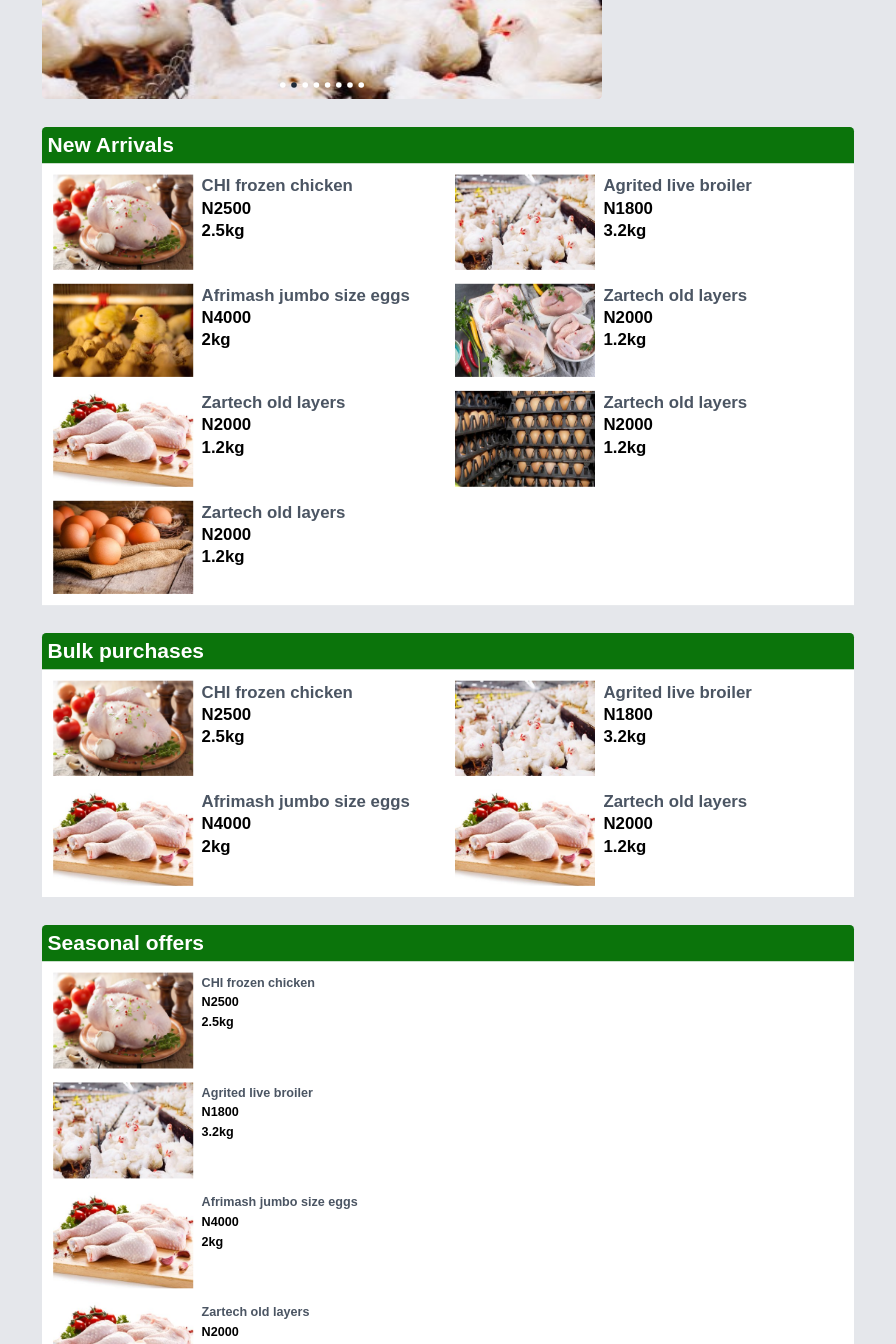
Repository: IssaMuiz/ifarmstock
Page: /
An editor plug-in stored every save of this project. The page is shown before and after the next save, followed by the edit.
The browser window is 1280 px wide. The pictures show the part of the page from y = 338 to 2258 px (the page is 2351 px tall before and 2820 px after), at 70% of full size.
The project was rebuilt for these pictures with package versions that can differ from the ones it lists, and the page was loaded fresh each time. The framework's server and built-in components were replaced by stand-ins that run in the browser. Also part of the build but not shown: next.config.mjs.

Above is the page before, as saved 2024-08-31 05:47:31.

### app/layout.tsx
import "@/styles/globals.css";

export const metadata = {
  title: "Grow",
  description: "Livestock farming e-commerce application",
};

export default function RootLayout({
  children,
}: {
  children: React.ReactNode;
}) {
  return (
    <html lang="en">
      <body className="bg-gray-200 h-screen w-auto mx-10">
        <section>{children}</section>
      </body>
    </html>
  );
}

### app/page.tsx
"use client";

import ProductSlider from "@/components/productSlider";
import ClientLayout from "@/components/clientLayout";
import NewArrivalsCards from "@/components/newArrivalsCards";
import BulkPurchasesCards from "@/components/bulkPurchasesCards";
import SeasonalCards from "@/components/seasonalCards";

const Home = () => {
  return (
    <ClientLayout>
      <div className="pt-20 mx-5">
        <div>
          <ProductSlider />

          <div className="bgColor text w-full h-auto mt-10 text-3xl p-2 rounded-t-md font-semibold">
            New Arrivals
          </div>
          <NewArrivalsCards />
          <div className="bgColor text w-full h-auto mt-10 text-3xl p-2 rounded-t-md font-semibold">
            Bulk purchases
          </div>
          <BulkPurchasesCards />
          <div className="bgColor text w-full h-auto mt-10 text-3xl p-2 rounded-t-md font-semibold">
            Seasonal offers
          </div>
          <SeasonalCards />
        </div>
      </div>
    </ClientLayout>
  );
};

export default Home;

### styles/globals.css
@tailwind base;
@tailwind components;
@tailwind utilities;

.scrollbar {
  scrollbar-width: thin;
  scrollbar-color: gray #313131;
}

.bgColor {
  background-color: rgb(11, 116, 11);
}

.text {
  color: white;
}

body {
  font-family: Arial, Helvetica, sans-serif;
  font-size: 14px;
}

### components/productSlider.tsx
"use client";
import Image from "next/image";
import { useEffect, useState } from "react";

const ProductSlider = () => {
  const images = [
    "/assets/images/poultry-image1-slider.jpg",
    "/assets/images/poultry-image2-slider.jpg",
    "/assets/images/poultry-image3-slider.jpg",
    "/assets/images/poultry-image4-slider.jpg",
    "/assets/images/poultry-image5-slider.jpg",
    "/assets/images/poultry-image6-slider.jpg",
    "/assets/images/poultry-image7-slider.jpg",
    "/assets/images/catfish-image1-slider.jpg",
  ];

  const [index, setIndex] = useState(0);

  const handleSliceNext = () => {
    setIndex((index + 1) % images.length);
  };
  const handleSlicePrev = () => {
    setIndex((index - 1) % images.length);
  };

  const handleIndicatorClick = (i: number) => {
    setIndex(i);
  };

  useEffect(() => {
    const intervalId = setInterval(() => {
      handleSliceNext();
    }, 5000);
    return () => clearInterval(intervalId);
  }, [index]);
  return (
    <div className="relative w-[800px] overflow-hidden">
      <div
        className="flex transition-transform duration-500 ease-in-out"
        style={{ transform: `translateX(-${index * 100}%)` }}
      >
        {images.map((image, i) => (
          <div key={i} className="min-w-full">
            <Image
              className="h-[400px] rounded-md"
              src={image}
              alt={`Slide ${i + 1}`}
              width={800}
              height={200}
            />
          </div>
        ))}
      </div>
      <button
        type="button"
        onClick={handleSlicePrev}
        className="absolute left-0 top-1/2 tranform -translate-y-1/2 bg-gray-500 text-white px-1 py-1 opacity-75 hover:opacity-100 transition-opacity"
      >
        <Image
          className=""
          src="/assets/icons/arrow-left.png"
          alt="arrow-right-icon"
          width={20}
          height={20}
        />
      </button>
      <button
        type="button"
        onClick={handleSliceNext}
        className="absolute right-0 top-1/2 tranform -translate-y-1/2 bg-gray-500 text-white px-1 py-1 opacity-75 hover:opacity-100 transition-opacity"
      >
        <Image
          className=""
          src="/assets/icons/right-arrow.png"
          alt="arrow-right-icon"
          width={20}
          height={20}
        />
      </button>
      <div className="absolute bottom-4 left-0 right-0 flex justify-center space-x-2">
        {images.map((_, i) => (
          <button
            key={i}
            onClick={() => handleIndicatorClick(i)}
            className={`w-2 h-2 rounded-full ${
              index === i ? "bg-gray-800" : "bg-white"
            }`}
          />
        ))}
      </div>
    </div>
  );
};

export default ProductSlider;

### components/clientLayout.tsx
"use client";
import Navbar from "@/components/navbar";
import Sidenav from "@/components/sidenav";
import { useState, createContext } from "react";

export const SidebarContext = createContext({
  isOpen: false,
  toggleSidebar: () => {},
});

const ClientLayout = ({ children }: { children: React.ReactNode }) => {
  const [isOpen, setIsOpen] = useState(false);

  const toggleSidebar = () => {
    setIsOpen((prev) => !prev);
  };
  return (
    <SidebarContext.Provider value={{ isOpen, toggleSidebar }}>
      <Navbar />
      <Sidenav />
      <div
        className={`fixed inset-0 bg-black transition-opacity duration-300 ease-in-out z-10 ${
          isOpen
            ? "opacity-70 pointer-events-auto"
            : "opacity-0 pointer-events-none"
        }`}
        onClick={toggleSidebar}
      ></div>
      <section
        className={`relative z-0 transition-all duration-300 ease-in-out `}
      >
        {children}
      </section>
    </SidebarContext.Provider>
  );
};

export default ClientLayout;

### components/newArrivalsCards.tsx
import Image from "next/image";
import poultryProduct from "../models/newArrivalsCards.json";
const NewArrivalsCards = () => {
  return (
    <div className="bg-white h-auto p-4">
      <div className="grid grid-cols-2 gap-5">
        {poultryProduct.map((product, index) => (
          <div key={index} className="flex gap-3">
            <Image src={product.image} alt="poultry" width={200} height={200} />
            <div className="text-2xl font-semibold">
              <p className="text-gray-600">{product.name}</p>
              <p>N{product.Price}</p>
              <p>{product.weight}</p>
            </div>
          </div>
        ))}
      </div>
    </div>
  );
};

export default NewArrivalsCards;

### components/bulkPurchasesCards.tsx
import Image from "next/image";
import bulkPurchasesCards from "@/models/bulkPurchasesCards.json";
const BulkPurchasesCard = () => {
  return (
    <div className="bg-white h-auto p-4">
      <div className="grid grid-cols-2 gap-5">
        {bulkPurchasesCards.map((product, index) => (
          <div key={index} className="flex gap-3">
            <Image src={product.image} alt="poultry" width={200} height={200} />
            <div className="text-2xl font-semibold">
              <p className="text-gray-600">{product.name}</p>
              <p>N{product.Price}</p>
              <p>{product.weight}</p>
            </div>
          </div>
        ))}
      </div>
    </div>
  );
};

export default BulkPurchasesCard;

### components/seasonalCards.tsx
import Image from "next/image";
import seasonalCards from "@/models/seasonalCards.json";
const SeasonalCards = () => {
  return (
    <div className="bg-white h-auto p-4">
      <div className="grid grid-rows-4 gap-5">
        {seasonalCards.map((product, index) => (
          <div key={index} className="flex gap-3">
            <Image src={product.image} alt="poultry" width={200} height={200} />
            <div className="text-lg font-semibold">
              <p className="text-gray-600">{product.name}</p>
              <p>N{product.Price}</p>
              <p>{product.weight}</p>
            </div>
          </div>
        ))}
      </div>
    </div>
  );
};

export default SeasonalCards;

### components/navbar.tsx
"use client";
import Image from "next/image";
import { useContext } from "react";
import { SidebarContext } from "./clientLayout";
const Navbar = () => {
  const { toggleSidebar } = useContext(SidebarContext);
  return (
    <nav className="fixed bg-black text w-full h-16 flex items-center justify-between top-0 left-0 right-0 px-10 z-10">
      <button onClick={toggleSidebar}>
        <svg
          className="fill-white hover:fill-[green] cursor-pointer"
          xmlns="http://www.w3.org/2000/svg"
          viewBox="0 0 50 50"
          width="25px"
          height="25px"
        >
          <path d="M 3 8 A 2.0002 2.0002 0 1 0 3 12 L 47 12 A 2.0002 2.0002 0 1 0 47 8 L 3 8 z M 3 23 A 2.0002 2.0002 0 1 0 3 27 L 47 27 A 2.0002 2.0002 0 1 0 47 23 L 3 23 z M 3 38 A 2.0002 2.0002 0 1 0 3 42 L 47 42 A 2.0002 2.0002 0 1 0 47 38 L 3 38 z" />
        </svg>
      </button>
      <div className="Leftnav text text-3xl font-semibold cursor-pointer ml-5">
        Grow
      </div>
      <div className="Middlenav flex flex-1 mx-5 max-w-[700px] items-center">
        <input
          className=" px-5 py-2 w-full rounded-l-xl text-black outline-none"
          type="text"
          placeholder="Search for products, services and categories"
        />
        <div className="h-[37px] w-10 bgColor pt-2 pl-2 rounded-r-xl cursor-pointer">
          <Image
            className=""
            src="/assets/icons/search.png"
            alt="search-icon"
            width={20}
            height={20}
          />
        </div>
      </div>
      <div className="Rightnav flex items-center justify-between gap-3">
        <div className="flex items-center gap-1 cursor-pointer rounded-md p-3 hover:bg-[green]">
          <Image
            src="/assets/icons/help.png"
            alt="help-icon"
            width={20}
            height={20}
          />
          <p className="">Help</p>
          <Image
            src="/assets/icons/arrow-down.png"
            alt="help-icon"
            width={15}
            height={15}
          />
        </div>
        <div className="flex items-center gap-2  cursor-pointer rounded-md p-3 hover:bg-[green]">
          <Image
            src="/assets/icons/account.png"
            alt="help-icon"
            width={15}
            height={15}
          />
          <p>Account</p>
          <Image
            src="/assets/icons/arrow-down.png"
            alt="help-icon"
            width={15}
            height={15}
          />
        </div>
        <div className="flex relative cursor-pointer p-3 hover:bg-[green] rounded-md">
          <Image
            src="/assets/icons/cart.png"
            alt="cart-icon"
            width={30}
            height={20}
          />
          <p className="bg-white h-5 w-5 rounded-full text-black absolute left-7 bottom-7 text-center font-semibold">
            10
          </p>
          <p className="font-semibold mt-2 ">Cart</p>
        </div>
      </div>
    </nav>
  );
};

export default Navbar;

### components/sidenav.tsx
"use client";
import Image from "next/image";
import Link from "next/link";
import { useState } from "react";
import { useContext } from "react";
import { SidebarContext } from "./clientLayout";
const Sidenav = () => {
  const [categories, setCategories] = useState([
    {
      id: "1",
      name: "Broiler",
      expanded: false,
      arrowIcon: "/assets/icons/arrow-icon--right.png",
      dropdownlink: [
        { name: "Day Old Chicks", link: "/" },
        { name: "Matured Broilers", link: "/" },
        { name: "Frozen Chicken", link: "/" },
      ],
    },
    {
      id: "2",
      name: "Layers",
      expanded: false,
      arrowIcon: "/assets/icons/arrow-icon--right.png",
      dropdownlink: [
        { name: "Pullet", link: "/" },
        { name: "Point Of Lay", link: "/" },
        { name: "Old Layers", link: "/" },
      ],
    },
    {
      id: "3",
      name: "Catfish",
      expanded: false,

      arrowIcon: "/assets/icons/arrow-icon--right.png",
      dropdownlink: [
        { name: "Fingerlings/Juvenile", link: "/" },
        { name: "Matured Catfish", link: "/" },
        { name: "Smoked Catfish", link: "/" },
      ],
    },
    {
      id: "4",
      name: "Poultry-Eggs",
      expanded: false,

      arrowIcon: "/assets/icons/arrow-icon--right.png",
      dropdownlink: [
        { name: "Jumbo-size", link: "/" },
        { name: "Small-size", link: "/" },
        { name: "packaged-eggs", link: "/" },
      ],
    },
  ]);

  const handleDropdown = (id: string) => {
    setCategories((prev) =>
      prev.map((category) =>
        category.id === id
          ? { ...category, expanded: !category.expanded }
          : category
      )
    );
  };

  const { isOpen } = useContext(SidebarContext);
  return (
    <nav
      className={`fixed overflow-x-hidden scrollbar h-screen overflow-scroll z-20 left-0 top-0 bottom-0 w-[300px] transform transition-transform duration-300  bg-gray-100 ${
        isOpen ? "translate-x-0" : "-translate-x-full"
      }`}
    >
      <div className="bgColor h-14 flex items-center text text-2xl pl-5 font-semibold gap-3">
        <Image
          src="/assets/icons/account.png"
          alt="profile-icon"
          height={25}
          width={25}
        />
        <p>Hello User</p>
      </div>
      <div className=" ">
        {categories.map((category) => (
          <div onClick={() => handleDropdown(category.id)} key={category.id}>
            <div className="text-lg flex justify-between items-center font-semibold hover:bg-gray-300 mt-5 p-2 cursor-pointer">
              <div>{category.name}</div>

              <Image
                className={`${
                  category.expanded &&
                  "rotate-90 duration-300 transition-transform"
                } h-4 w-4`}
                src={category.arrowIcon}
                alt="arrow-icon"
                width={3}
                height={3}
              />
            </div>

            <div>
              {category.expanded && (
                <div>
                  {category.dropdownlink.map((dropdown, index) => (
                    <div className="hover:bg-gray-300" key={index}>
                      <Link href={dropdown.link}>
                        <div className="p-3 text-md ">{dropdown.name}</div>
                      </Link>
                    </div>
                  ))}
                </div>
              )}
            </div>
          </div>
        ))}
      </div>
    </nav>
  );
};

export default Sidenav;

### models/newArrivalsCards.json
[
  {
    "image": "/assets/images/poultry-image1-slider.jpg",
    "name": "CHI frozen chicken",
    "Price": "2500",
    "weight": "2.5kg"
  },
  {
    "image": "/assets/images/poultry-image2-slider.jpg",
    "name": "Agrited live broiler",
    "Price": "1800",
    "weight": "3.2kg"
  },
  {
    "image": "/assets/images/poultry-image3-slider.jpg",
    "name": "Afrimash jumbo size eggs",
    "Price": "4000",
    "weight": "2kg"
  },
  {
    "image": "/assets/images/poultry-image4-slider.jpg",
    "name": "Zartech old layers",
    "Price": "2000",
    "weight": "1.2kg"
  },
  {
    "image": "/assets/images/poultry-image5-slider.jpg",
    "name": "Zartech old layers",
    "Price": "2000",
    "weight": "1.2kg"
  },
  {
    "image": "/assets/images/poultry-image7-slider.jpg",
    "name": "Zartech old layers",
    "Price": "2000",
    "weight": "1.2kg"
  },
  {
    "image": "/assets/images/poultry-image6-slider.jpg",
    "name": "Zartech old layers",
    "Price": "2000",
    "weight": "1.2kg"
  }
]

### models/bulkPurchasesCards.json
[
  {
    "image": "/assets/images/poultry-image1-slider.jpg",
    "name": "CHI frozen chicken",
    "Price": "2500",
    "weight": "2.5kg"
  },
  {
    "image": "/assets/images/poultry-image2-slider.jpg",
    "name": "Agrited live broiler",
    "Price": "1800",
    "weight": "3.2kg"
  },
  {
    "image": "/assets/images/poultry-image5-slider.jpg",
    "name": "Afrimash jumbo size eggs",
    "Price": "4000",
    "weight": "2kg"
  },
  {
    "image": "/assets/images/poultry-image5-slider.jpg",
    "name": "Zartech old layers",
    "Price": "2000",
    "weight": "1.2kg"
  }
]

### models/seasonalCards.json
[
  {
    "image": "/assets/images/poultry-image1-slider.jpg",
    "name": "CHI frozen chicken",
    "Price": "2500",
    "weight": "2.5kg"
  },
  {
    "image": "/assets/images/poultry-image2-slider.jpg",
    "name": "Agrited live broiler",
    "Price": "1800",
    "weight": "3.2kg"
  },
  {
    "image": "/assets/images/poultry-image5-slider.jpg",
    "name": "Afrimash jumbo size eggs",
    "Price": "4000",
    "weight": "2kg"
  },
  {
    "image": "/assets/images/poultry-image5-slider.jpg",
    "name": "Zartech old layers",
    "Price": "2000",
    "weight": "1.2kg"
  }
]

Loaded but not shown: tailwind.config.ts (common file)

After the next save:
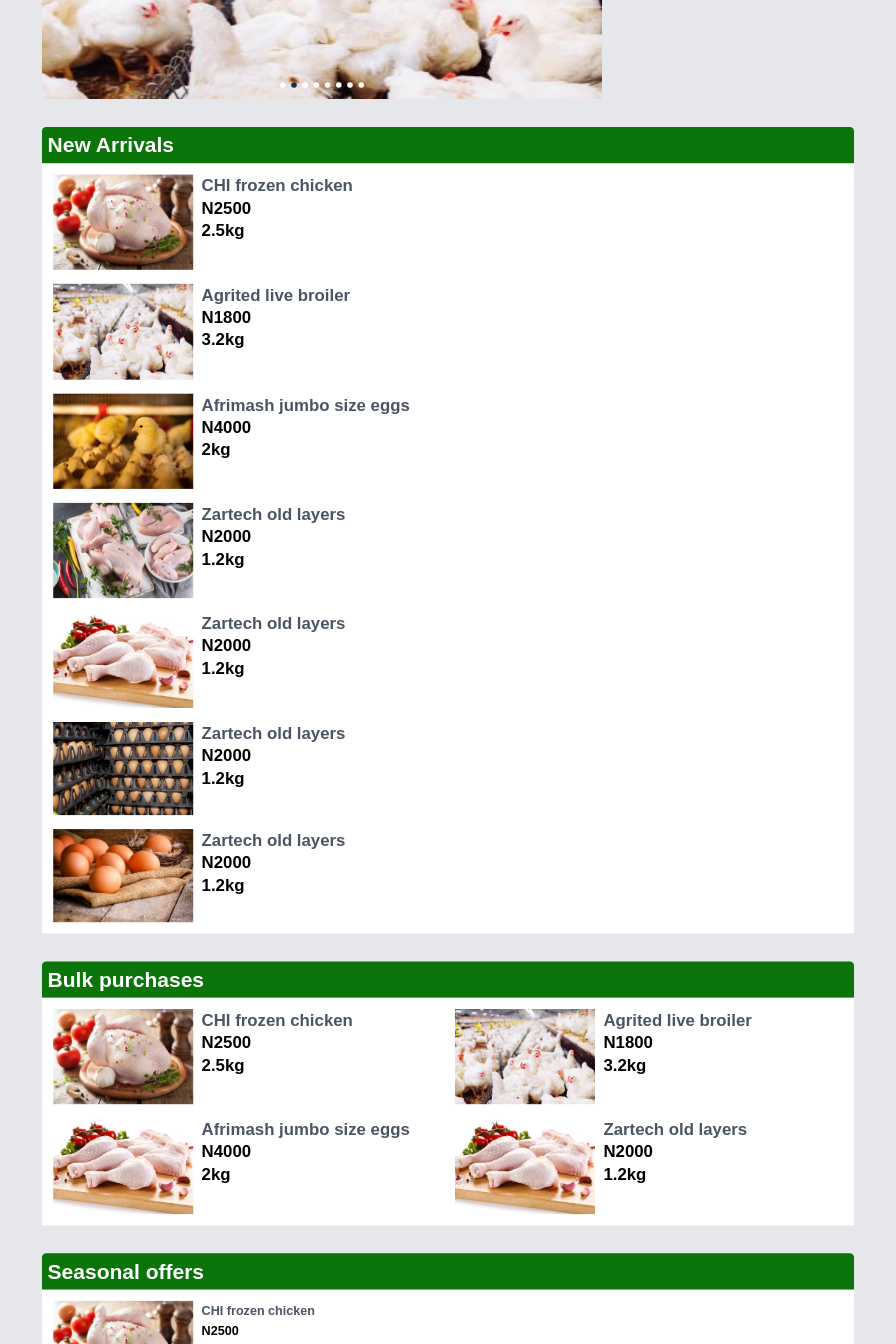
Saved 59 s later.
--- a/components/newArrivalsCards.tsx
+++ b/components/newArrivalsCards.tsx
@@ -3,7 +3,7 @@ import poultryProduct from "../models/newArrivalsCards.json";
 const NewArrivalsCards = () => {
   return (
     <div className="bg-white h-auto p-4">
-      <div className="grid grid-cols-2 gap-5">
+      <div className="grid grid-rows-4 gap-5">
         {poultryProduct.map((product, index) => (
           <div key={index} className="flex gap-3">
             <Image src={product.image} alt="poultry" width={200} height={200} />
